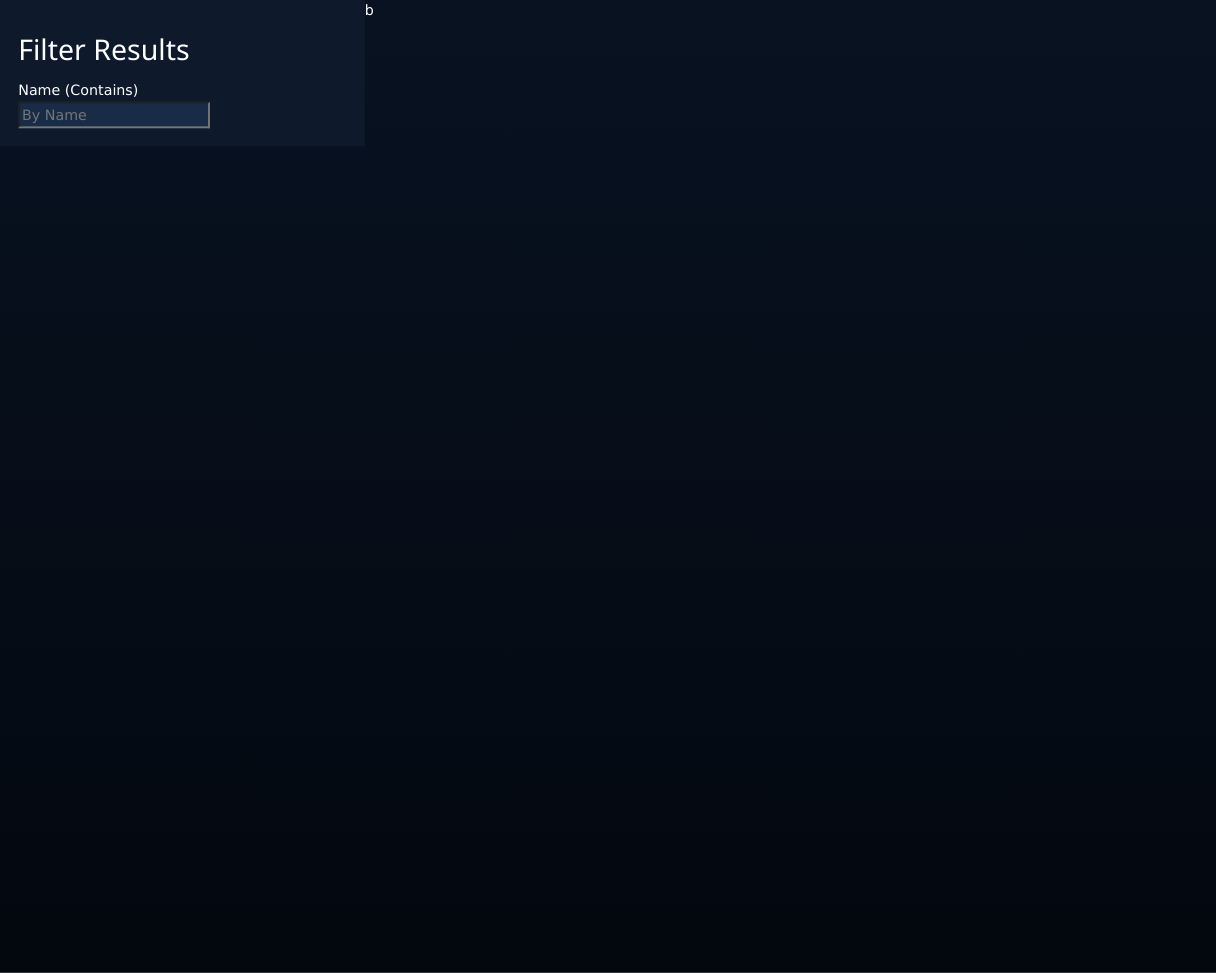
Repository: seyicoded/testestech
Page: /
An editor plug-in stored every save of this project. The page is shown before and after the next save, followed by the edit.
The browser window is 1280 px wide. The pictures show the whole page, at 95% of full size.
The project was rebuilt for these pictures with package versions that can differ from the ones it lists, and the page was loaded fresh each time.

Above is the page before, as saved 2022-02-07 13:44:45.

After the next save:
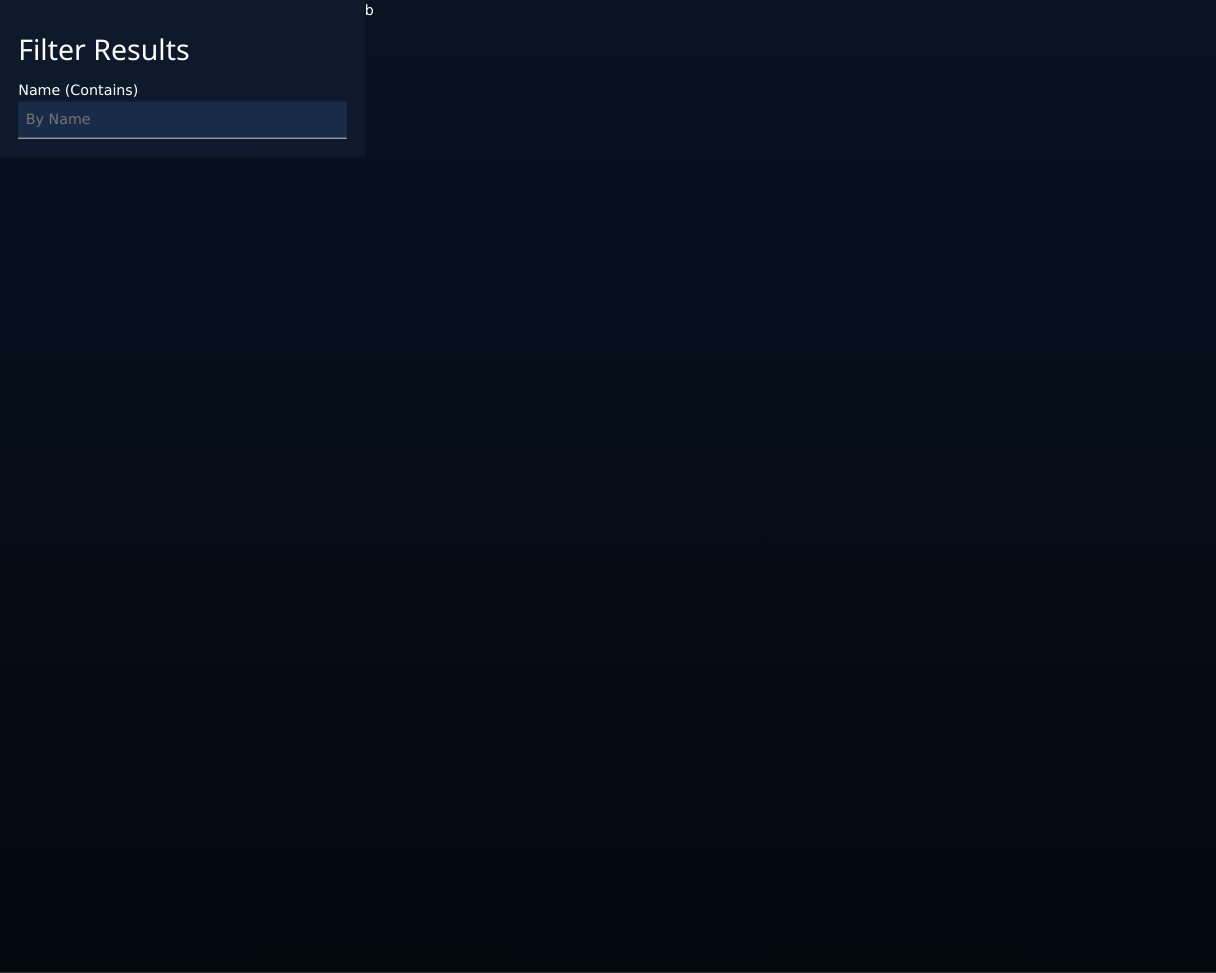
Saved 18 s later.
--- a/src/App.js
+++ b/src/App.js
@@ -14,7 +14,7 @@ function App() {
             <div className='content'>
               <label>Name (Contains)</label>
               <br />
-              <input placeholder='By Name'/>
+              <input className='w3-input' placeholder='By Name'/>
             </div>
           </div>
         </div>
